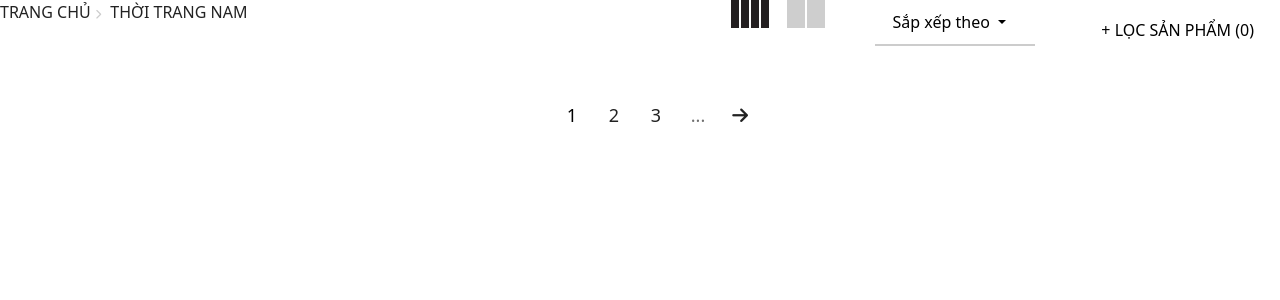
Repository: NguyenQuangQuan021099/FE_Page-Male
Page: index.html
An editor plug-in stored every save of this project. The page is shown before and after the next save, followed by the edit.
The browser window is 1280 px wide. The pictures show the whole page.
The page's requests for data from a server got no answer. Some web libraries are served in a nearby version.

Above is the page before, as saved 2021-07-08 11:15:17.

After the next save:
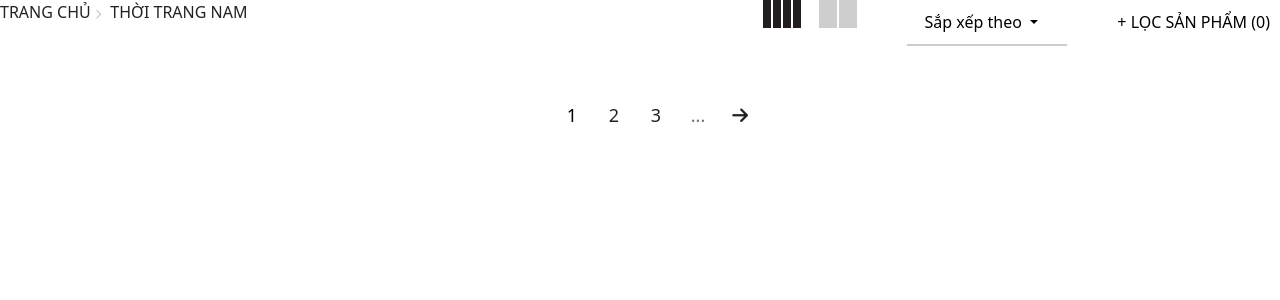
Saved 5 s later.
--- a/style.css
+++ b/style.css
@@ -84,7 +84,7 @@ a, a:hover{
     background-color: #fff;
     border-style: none;
     color:black ;
-    p
+    padding: 0;
 }
 
 .reset-close{
